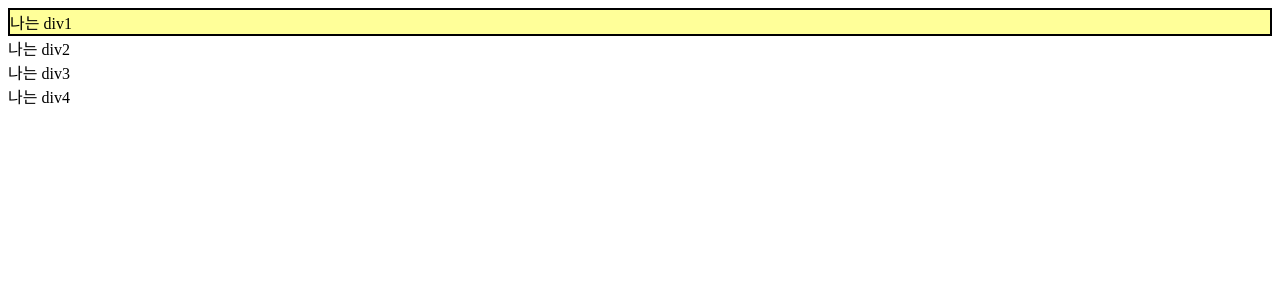
Repository: raccoon304/gugkbi_jsp
Page: HTML5/src/main/webapp/ch01_cssOrder/cssOrder.html
An editor plug-in stored every save of this project. The page is shown before and after the next save, followed by the edit.
The browser window is 1280 px wide. The pictures show the whole page.

Above is the page before, as saved 2025-11-13 07:20:39.

After the next save:
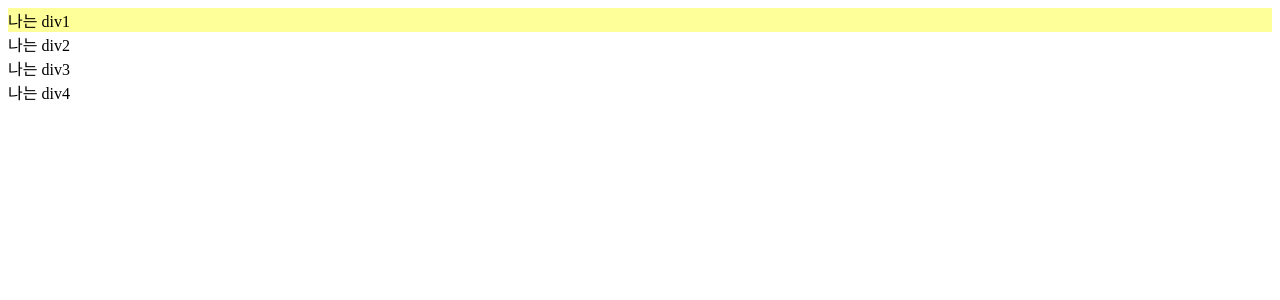
Saved 3 min 24 s later.
--- a/HTML5/src/main/webapp/ch01_cssOrder/cssOrder.html
+++ b/HTML5/src/main/webapp/ch01_cssOrder/cssOrder.html
@@ -6,7 +6,7 @@
 </head>
 <body>
 	<!--  HTML 주석문  -->
-	<div style="border: solid 2px black; background-color: #ffff99">나는 div1</div>
+	<div style="double: solid 2px black; background-color: #ffff99">나는 div1</div>
 	<div>나는 div2</div>
 	<div>나는 div3</div>
 	<div>나는 div4</div>
